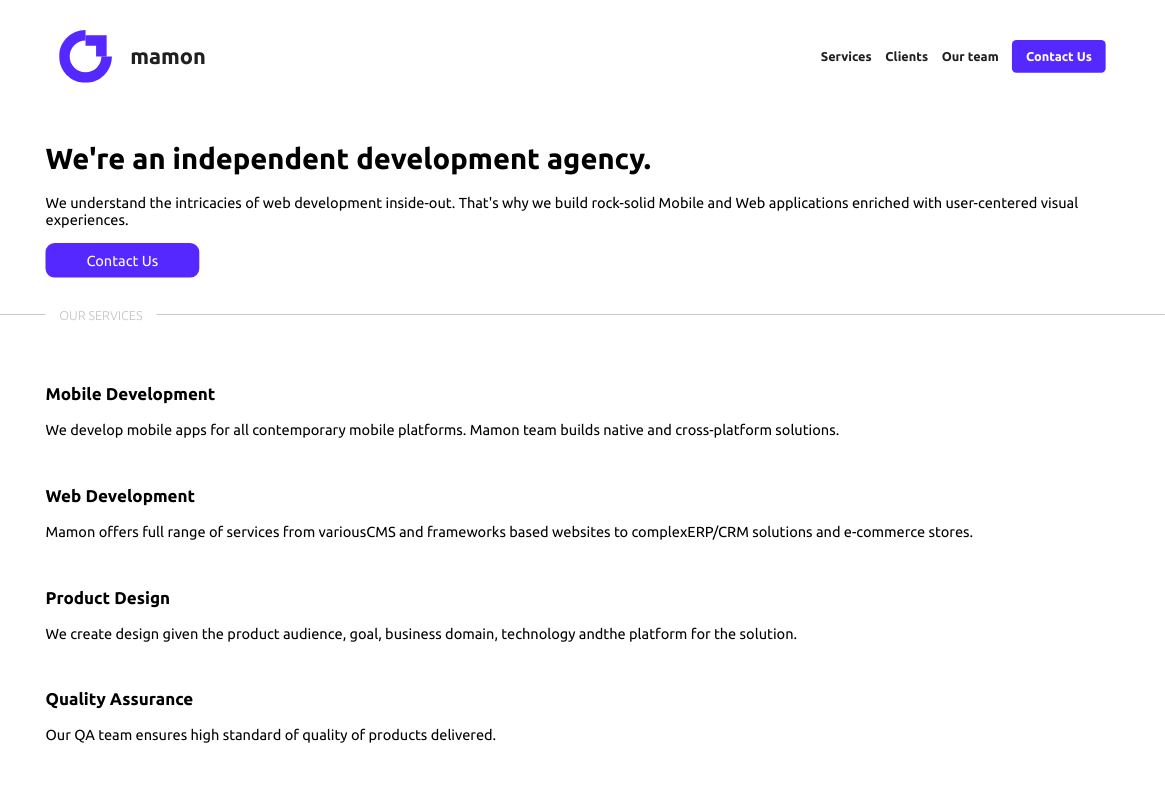
Repository: Vitalii23081984/testHGC
Page: index.html
These files come from the project's save history. The page is drawn as it stood at one moment and after the next save; the edit follows.
The browser window is 1280 px wide. The pictures show the whole page, at 91% of full size.

Above is the page before, as saved 2022-11-20 15:16:17.

After the next save:
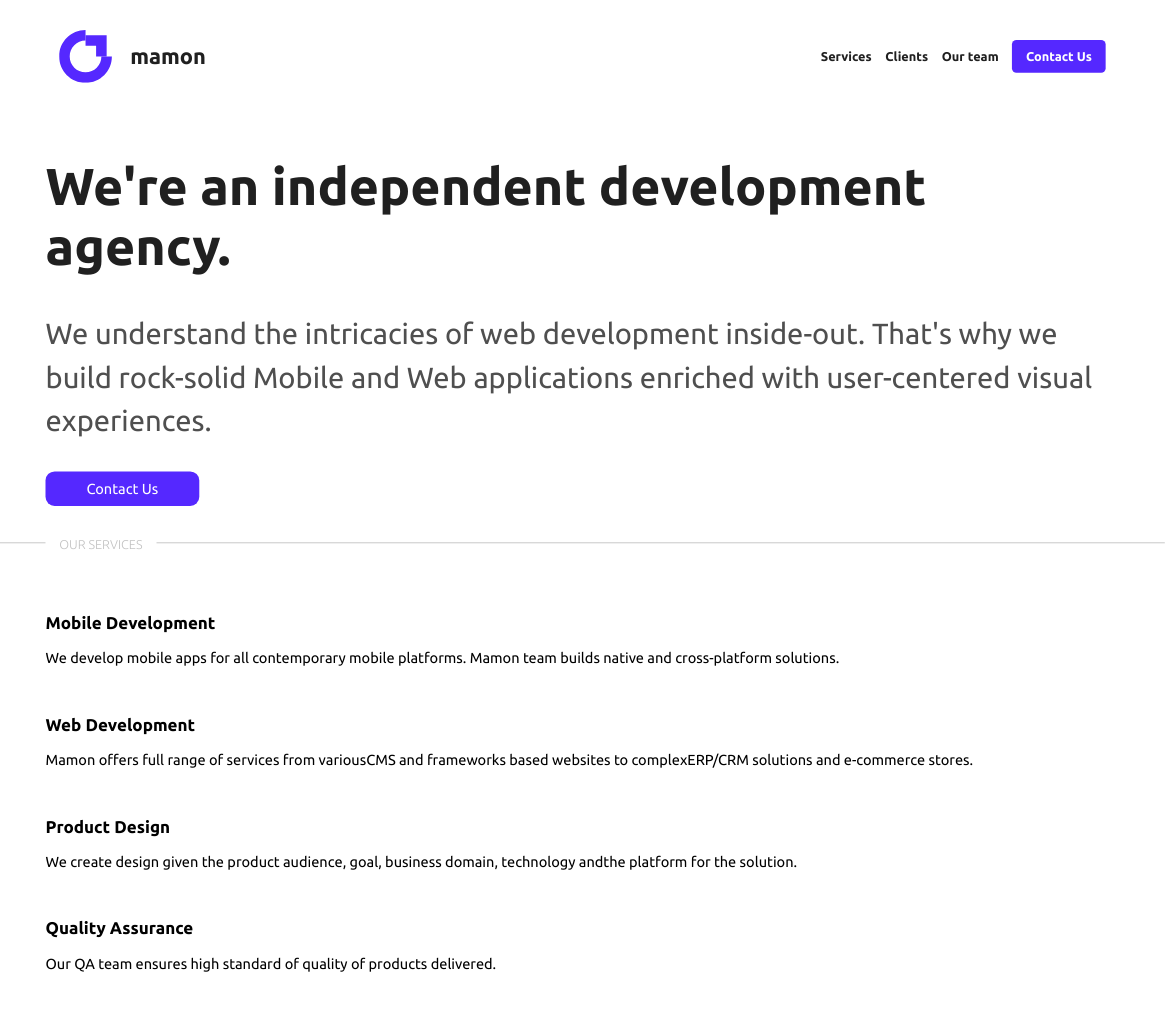
Saved 2 min 57 s later.
--- a/index.html
+++ b/index.html
@@ -28,9 +28,9 @@
     </header>
     <div class="page">
         <div class="wrap">
-            <h1>We're an independent development agency.</h1>
-            <p>We understand the intricacies of web development inside-out. That's why we build rock-solid Mobile and Web applications enriched with user-centered visual experiences.</p>
-            <button type="button">Contact Us</button>
+            <h1 class="title-main">We're an independent development agency.</h1>
+            <p class="text-main">We understand the intricacies of web development inside-out. That's why we build rock-solid Mobile and Web applications enriched with user-centered visual experiences.</p>
+            <button type="button" class="button">Contact Us</button>
         </div>
     </div>
     <div class="page page-top">
